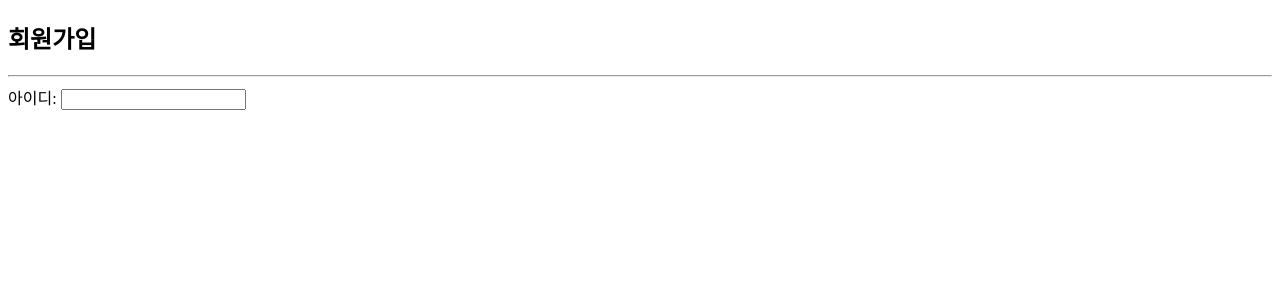
Repository: Jin0207/jsp
Page: http://localhost/day1213/inputMember.jsp
These files come from the project's save history. The page is drawn as it stood at one moment and after the next save; the edit follows.
The browser window is 1280 px wide. The pictures show the whole page.
The page is served by Tomcat 9. Other server files are loaded and not shown.

Above is the page before, as saved 2021-12-13 06:10:09.

### day1213/src/main/webapp/inputMember.jsp
<%@ page language="java" contentType="text/html; charset=EUC-KR"
    pageEncoding="EUC-KR"%>
<!DOCTYPE html>
<html>
<head>
<meta charset="EUC-KR">
<title>Insert title here</title>
</head>
<body>
	<h2>회원가입</h2>
	<hr>
	<form action="inputMemberOK.jsp" method="post">
		아이디: <input type="text" name="id">
	</form>
</body>
</html>

After the next save:
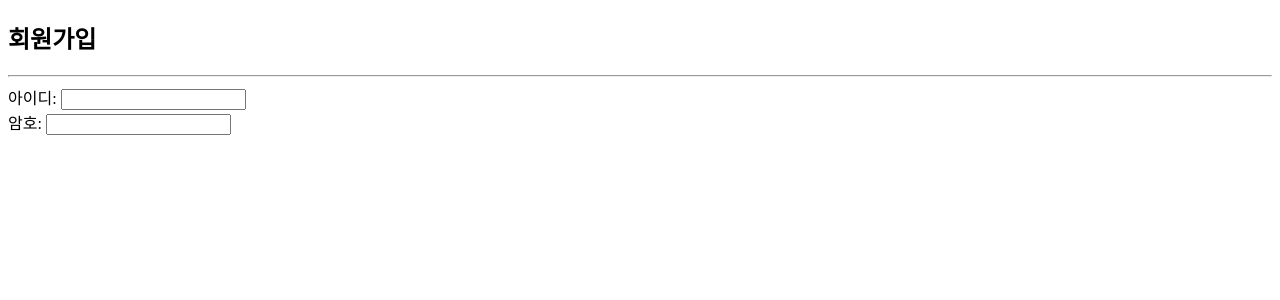
Saved 38 s later.
--- a/day1213/src/main/webapp/inputMember.jsp
+++ b/day1213/src/main/webapp/inputMember.jsp
@@ -10,7 +10,8 @@
 	<h2>회원가입</h2>
 	<hr>
 	<form action="inputMemberOK.jsp" method="post">
-		아이디: <input type="text" name="id">
+		아이디: <input type="text" name="id"><br>
+		암호: <input type="password" name="pwd">
 	</form>
 </body>
 </html>
